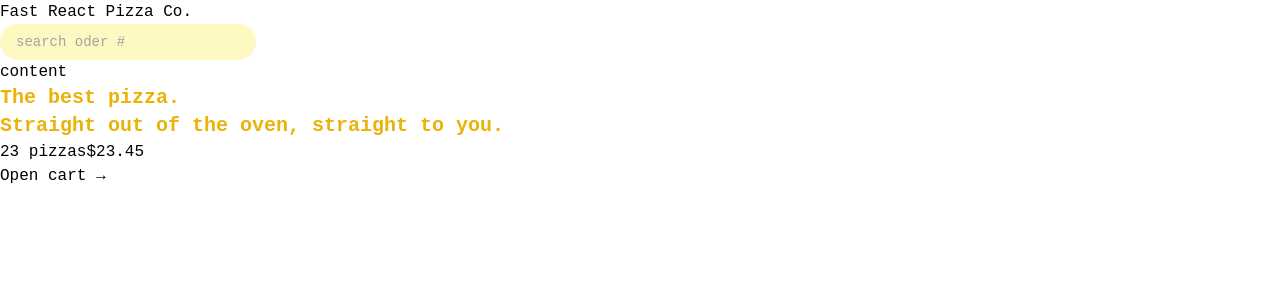
Repository: ayakhaled0001/pizza-delivery
Page: /
These files come from the project's save history. The page is drawn as it stood at one moment and after the next save; the edit follows.
The browser window is 1280 px wide. The pictures show the whole page.
The project was rebuilt for these pictures with package versions that can differ from the ones it lists, and the page was loaded fresh each time. Also part of the build but not shown: vite.config.js, src/services/apiRestaurant.jsx, src/utilities/helpers.jsx, src/features/menu/MenuItem.jsx, src/features/menu/Menu.jsx, src/features/cart/Cart.jsx, src/features/order/Order.jsx, src/ui/Loader.jsx and 1 more. Imported but missing from the stored project, and not drawn on this page: src/features/order/CreateOrder.

Above is the page before, as saved 2025-05-01 02:01:31.

### src/App.jsx
import { createBrowserRouter, RouterProvider } from "react-router-dom";
import Home from "./ui/Home";
import Menu, { loader as menuLoader } from "./features/menu/Menu";
import Cart from "./features/cart/Cart";
import CreateOrder, {
  action as CreateOrderAction,
} from "./features/order/CreateOrder";
import Order, { loader as orderLoader } from "./features/order/Order";
import AppLayout from "./ui/AppLayout";
import Error from "./ui/Error";
const router = createBrowserRouter([
  {
    element: <AppLayout />,
    children: [
      { path: "/", element: <Home /> },
      {
        path: "/menu",
        element: <Menu />,
        loader: menuLoader,
        errorElement: <Error />,
      },
      { path: "/cart", element: <Cart /> },
      {
        path: "/order/new",
        element: <CreateOrder />,
        action: CreateOrderAction,
      },
      {
        path: "/order/:orderId",
        element: <Order />,
        loader: orderLoader,
        errorElement: <Error />,
      },
    ],
  },
]);
function App() {
  return <RouterProvider router={router} />;
}

export default App;

### src/ui/Home.jsx
function Home() {
  return (
    <div>
      <h1 className="text-xl text-yellow-500 font-semibold">
        The best pizza.
        <br />
        Straight out of the oven, straight to you.
      </h1>
    </div>
  );
}

export default Home;

### src/ui/AppLayout.jsx
import Header from "./Header";
import CartOverview from "../features/cart/CartOverview";
import { Outlet, useNavigation } from "react-router-dom";
import Loader from "./Loader";

function AppLayout() {
  const navigation = useNavigation();
  const isLoading = navigation.state === "loading";
  console.log(navigation.state);
  return (
    <div className="layout">
      {isLoading && <Loader />}
      <Header />
      <main>
        <p>content</p>
        <Outlet />
      </main>
      <CartOverview />
    </div>
  );
}

export default AppLayout;

### src/ui/Header.jsx
import { Link } from "react-router-dom";
import SearchOrder from "../features/order/SearchOrder.jsx";

function Header() {
  return (
    <header>
      <Link to="/">Fast React Pizza Co.</Link>
      <SearchOrder />
    </header>
  );
}

export default Header;

### src/features/order/SearchOrder.jsx
import { useState } from "react";
import { useNavigate } from "react-router-dom";

function SearchOrder() {
  const [query, setQuery] = useState("");
  const navigate = useNavigate();
  function handleSubmit(e) {
    e.preventDefault();
    if (!query) return;
    navigate(`/order/${query}`);
    setQuery("");
  }
  return (
    <form onSubmit={handleSubmit}>
      <input
        placeholder="search oder #"
        value={query}
        onChange={(e) => setQuery(e.target.value)}
        className="duration-300 sm:w-64 focus:outline-none focus:ring
         focus:ring-yellow-500 focus:ring-opacity-50  sm:focus:w-72 transition-all w-28
         bg-yellow-100 rounded-full px-4 py-2 text-sm placeholder:text-stone-400"
      />
    </form>
  );
}

export default SearchOrder;

### tailwind.config.js
/** @type {import('tailwindcss').Config} */
// eslint-disable-next-line
export default {
  content: ["./index.html", "./src/**/*.{js,ts,jsx,tsx}"],
  theme: {
    fontFamily: {
      sans: "Roboto Mono, monospace",
    },

    extend: {
      fontSize: {
        huge: ["80rem", { lineHeight: "1" }],
      },
      height: {
        screen: "100dvh",
      },
    },
  },
  plugins: [],
};

Loaded but not shown: index.html (common file); src/main.jsx (common file); src/index.css (common file); src/features/cart/CartOverview.jsx (common file)

After the next save:
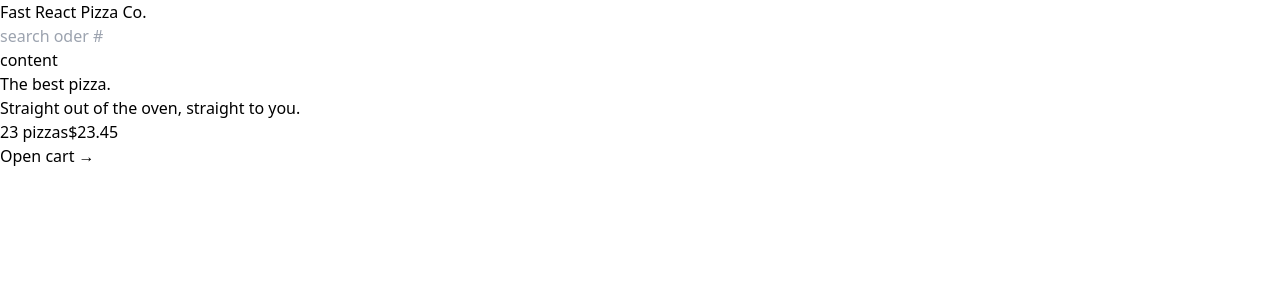
Saved 69 s later.
--- a/tailwind.config.js
+++ b/tailwind.config.js
@@ -1,20 +1,8 @@
 /** @type {import('tailwindcss').Config} */
-// eslint-disable-next-line
 export default {
-  content: ["./index.html", "./src/**/*.{js,ts,jsx,tsx}"],
+  content: ["./index.html"],
   theme: {
-    fontFamily: {
-      sans: "Roboto Mono, monospace",
-    },
-
-    extend: {
-      fontSize: {
-        huge: ["80rem", { lineHeight: "1" }],
-      },
-      height: {
-        screen: "100dvh",
-      },
-    },
+    extend: {},
   },
   plugins: [],
 };
